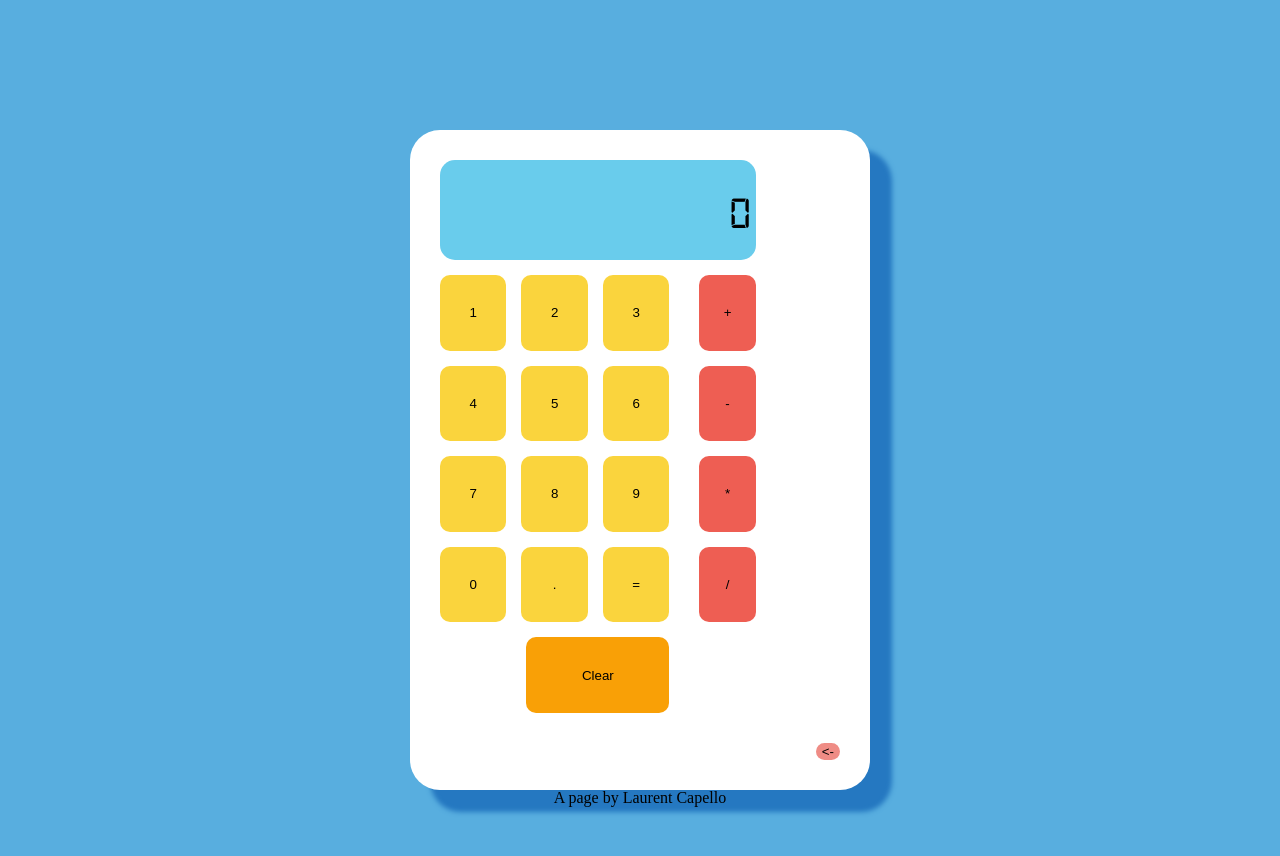
Repository: sokafootball/js-calculator
Page: index.html
These files come from the project's save history. The page is drawn as it stood at one moment and after the next save; the edit follows.
The browser window is 1280 px wide. The pictures show the whole page.

Above is the page before, as saved 2020-05-06 20:25:58.

After the next save:
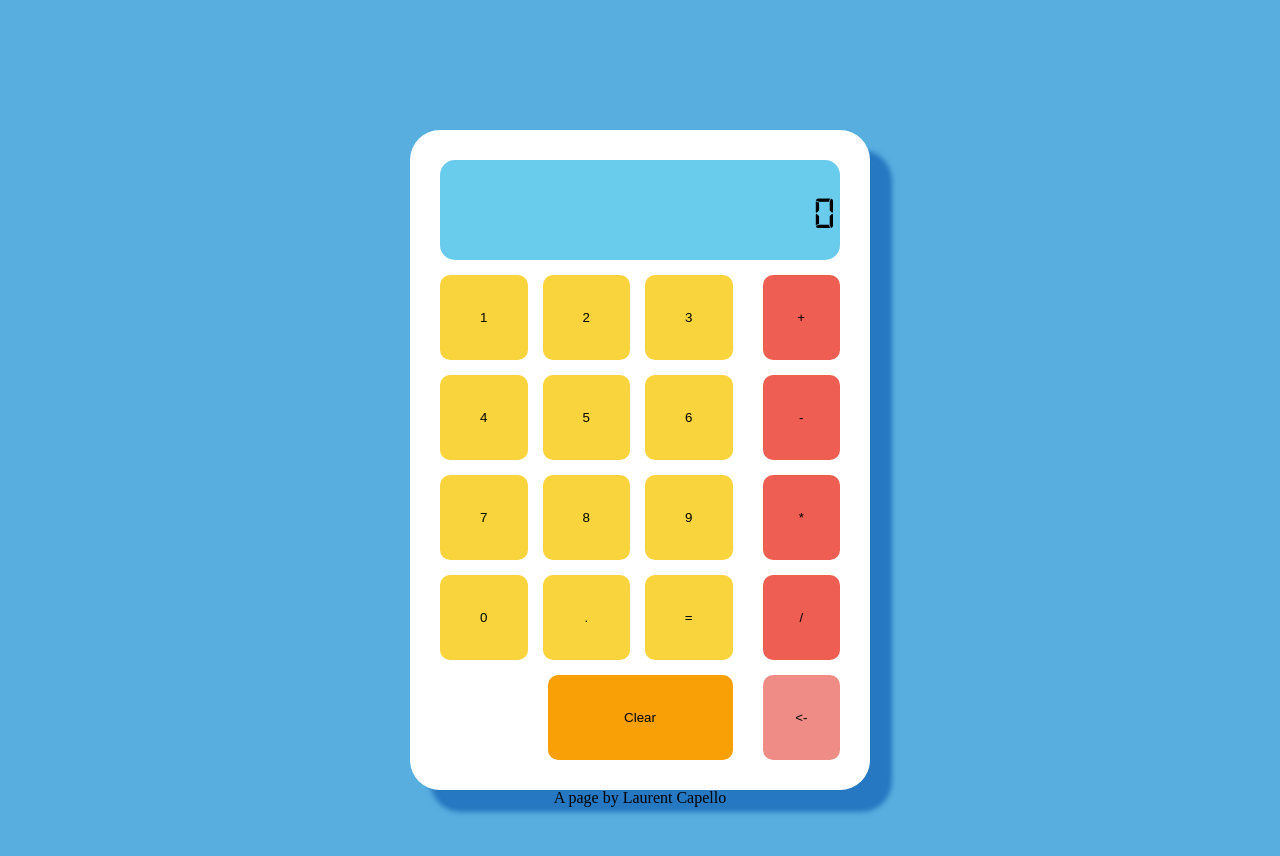
Saved 12 s later.
--- a/style.css
+++ b/style.css
@@ -41,7 +41,7 @@ body{
     "numpad numpad numpad operators"
     "numpad numpad numpad operators"
     "numpad numpad numpad operators"
-    ". clear clear .";
+    ". clear clear backspace";
   grid-template-columns: repeat(4, 1fr);
   grid-template-rows: 100px repeat(5, 1fr); /*first row is fixed to stop the border animation from taking space from other rows*/
   height: 600px;
